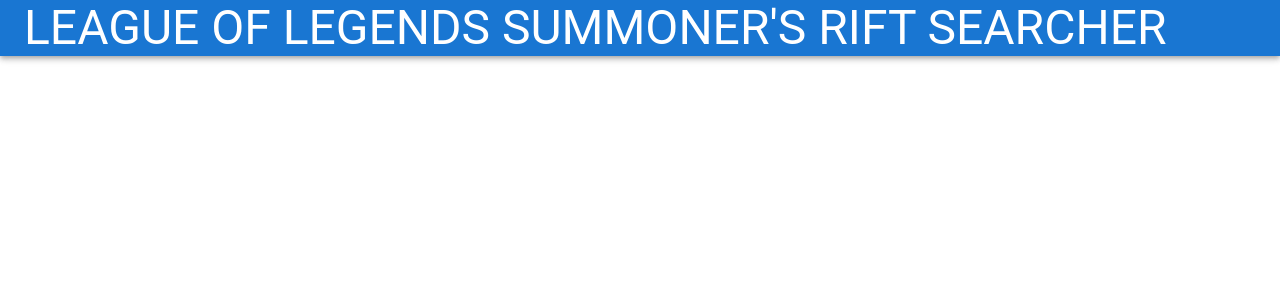
Repository: Mikerr21/League-Of-Legends-API
Page: /
The author's editor kept a copy of each file at every save. The page is drawn from the files as they stood at one save, then again after the next save.
The browser window is 1280 px wide. The pictures show the whole page.
The project was rebuilt for these pictures with package versions that can differ from the ones it lists, and the page was loaded fresh each time.

Above is the page before, as saved 2022-09-23 18:38:21.

After the next save:
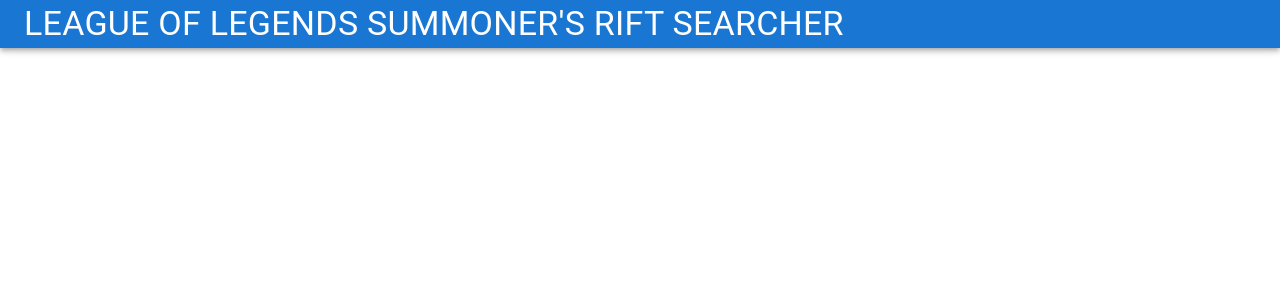
Saved 8 s later.
--- a/src/App.js
+++ b/src/App.js
@@ -15,7 +15,7 @@
 <AppBar position="static">
   <Toolbar variant="dense">
 
-    <Typography variant="h3" component="h2">
+    <Typography variant="h4" component="h2">
   LEAGUE OF LEGENDS SUMMONER'S RIFT SEARCHER
 </Typography>
   </Toolbar>
